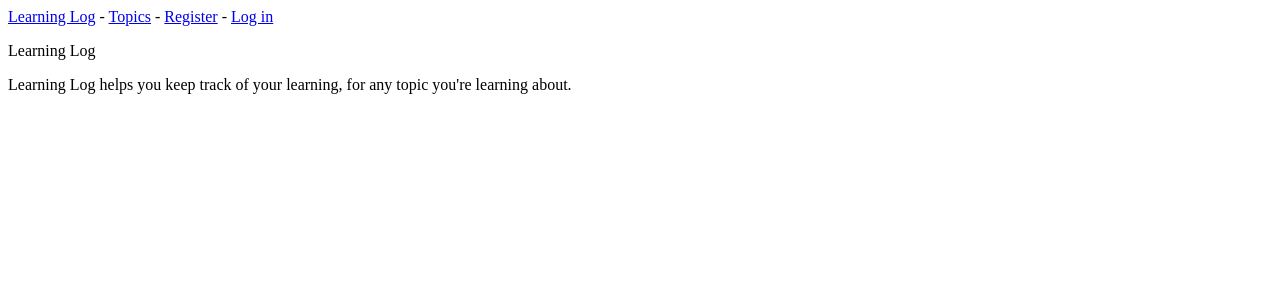
Repository: yunwei-cao/pcc_2e
Page: http://localhost/
An editor plug-in stored every save of this project. The page is shown before and after the next save, followed by the edit.
The browser window is 1280 px wide. The pictures show the whole page.
The page is served by the project's application, run on Django 4.2 (manage.py).

Above is the page before, as saved 2023-03-13 18:45:22.

After the next save:
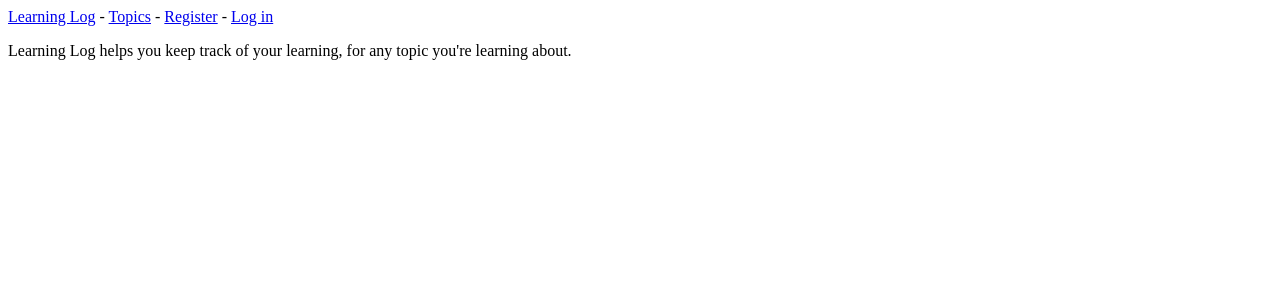
Saved 78 days later.
--- a/learninglog/learning_logs/templates/learning_logs/index.html
+++ b/learninglog/learning_logs/templates/learning_logs/index.html
@@ -1,6 +1,5 @@
 {% extends "learning_logs/base.html" %}
 
 {% block content %}
-<p>Learning Log</p>
 <p>Learning Log helps you keep track of your learning, for any topic you're learning about.</p>
 {% endblock content %}
